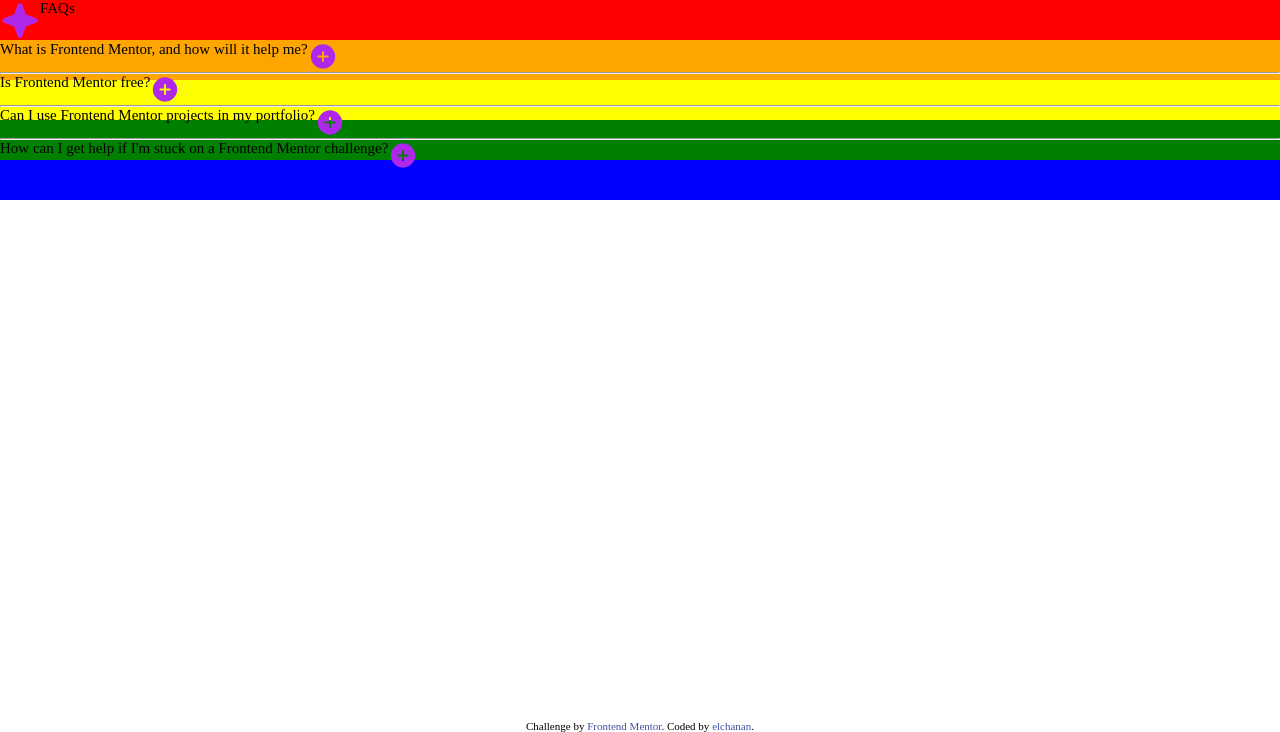
Repository: elchananChen/frontend-mentor-projects
Page: 2024/10/faQs/index.html
The author's editor kept a copy of each file at every save. The page is drawn from the files as they stood at one save, then again after the next save.
The browser window is 1280 px wide. The pictures show the whole page.

Above is the page before, as saved 2024-10-13 05:38:50.

After the next save:
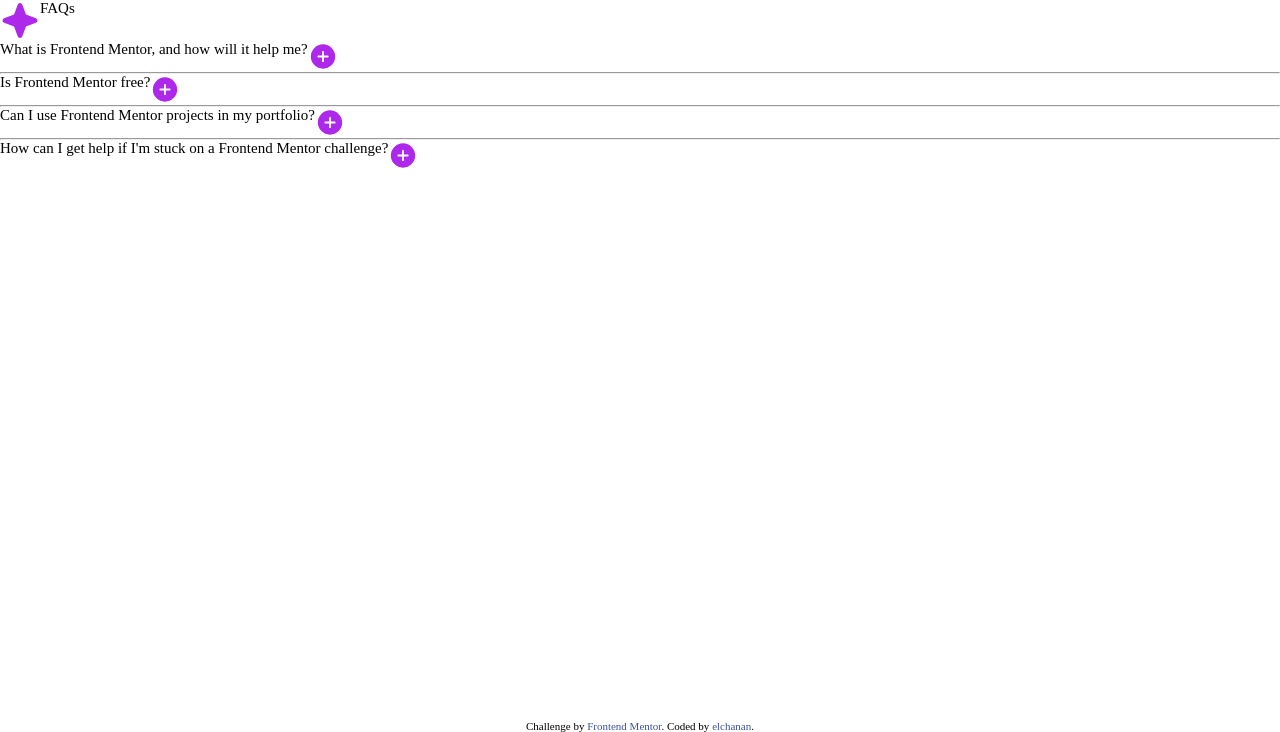
Saved 9 s later.
--- a/2024/10/faQs/style.css
+++ b/2024/10/faQs/style.css
@@ -12,14 +12,7 @@
   width: 100%;
   height: 200px;
   /* background: -moz-linear-gradient(left, blue 75%, white 25%); */
-  background: linear-gradient(
-    180deg,
-    red 20%,
-    orange 20% 40%,
-    yellow 40% 60%,
-    green 60% 80%,
-    blue 80%
-  );
+  background: linear-gradient(180deg, red 20%);
   /* background: linear-gradient(to top, blue 25%, white 25%, red 50%); */
 }
 header {
